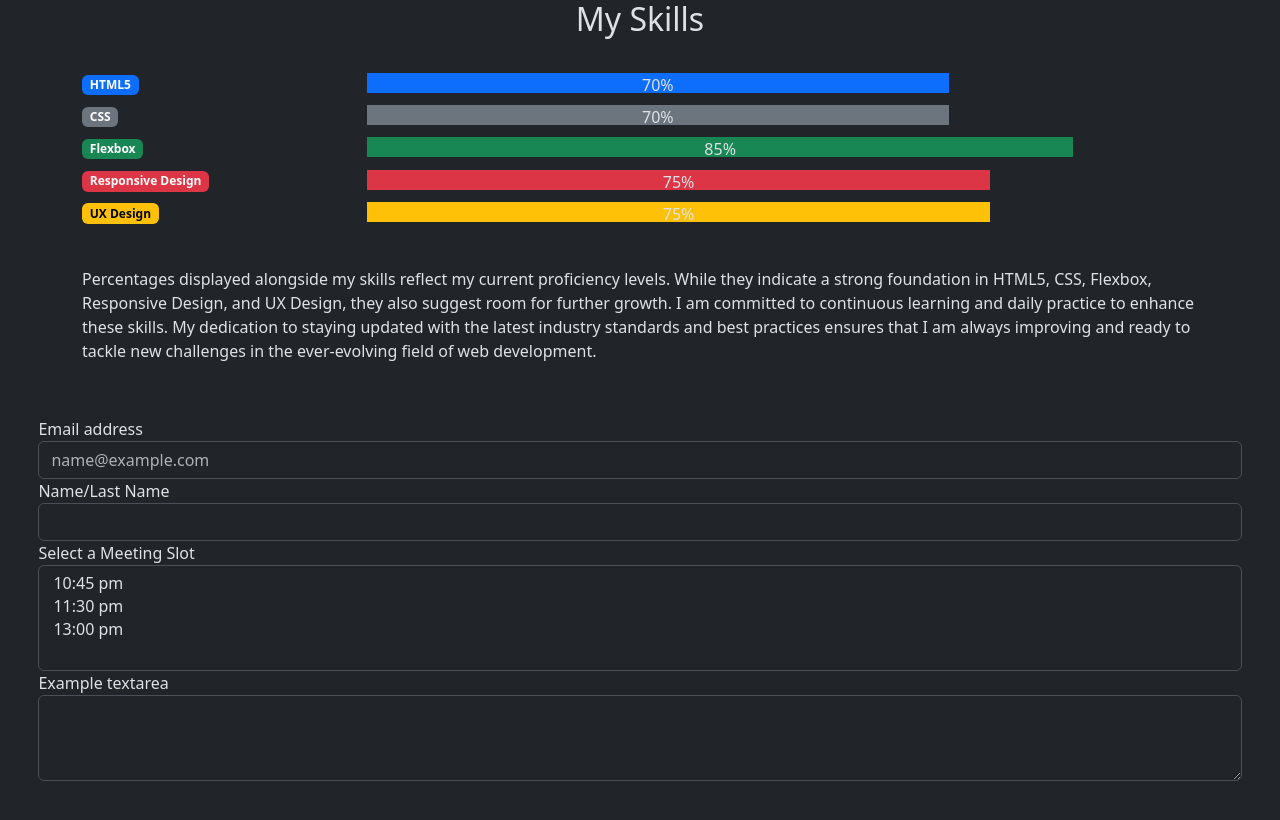
Repository: uvee35/Bootstrap-Portfolio
Page: index.html
These files come from the project's save history. The page is drawn as it stood at one moment and after the next save; the edit follows.
The browser window is 1280 px wide. The pictures show the part of the page from y = 1074 to 1906 px (the page is 1894 px tall before and 1906 px after).
A picture or video elsewhere on the page could not be fetched, so the positions and the page height are approximate.

Above is the page before, as saved 2023-12-18 20:02:29.

After the next save:
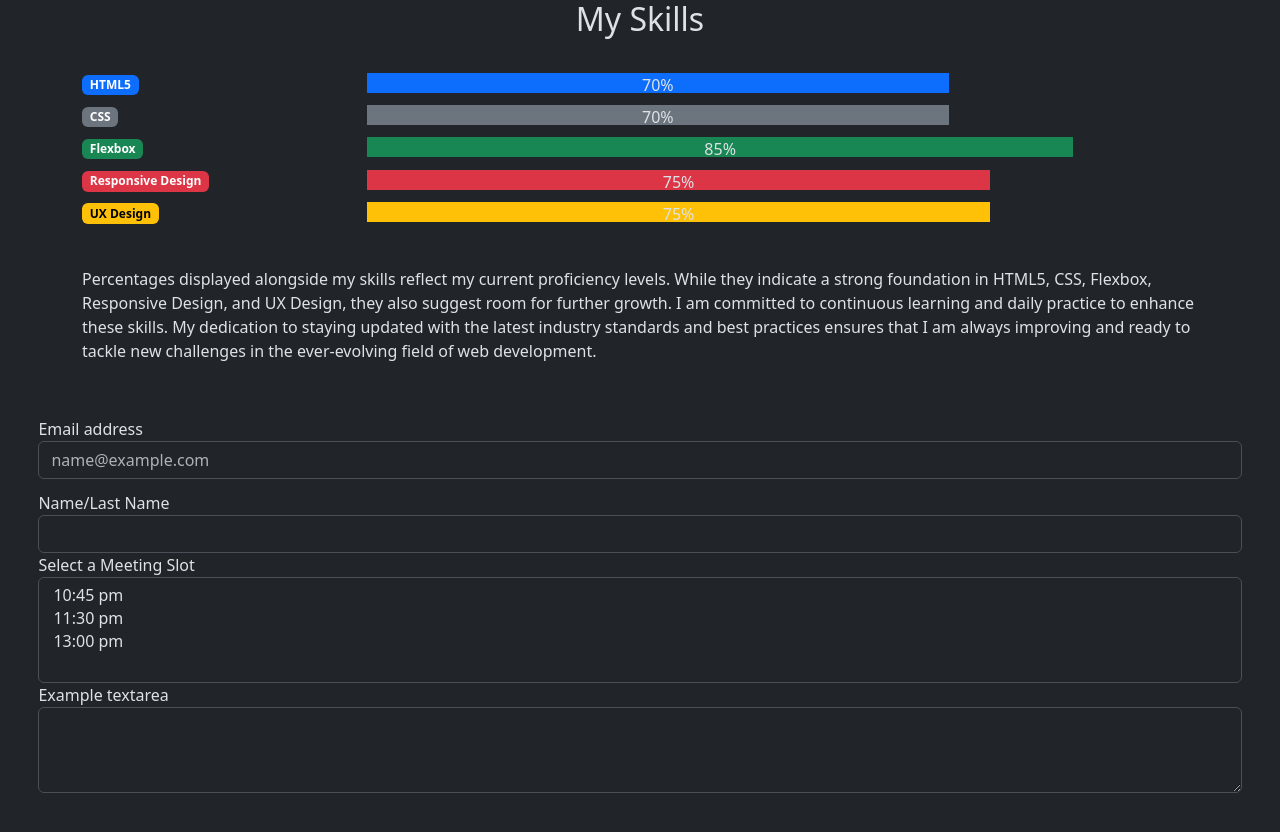
Saved 44 s later.
--- a/index.html
+++ b/index.html
@@ -264,7 +264,7 @@
           placeholder="name@example.com"
         />
       </div>
-      <div class="form-group">
+      <div class="form-group" style="margin-top: 1%;">
         <label for="exampleFormControlInput1">Name/Last Name</label>
         <input
           type="text"
